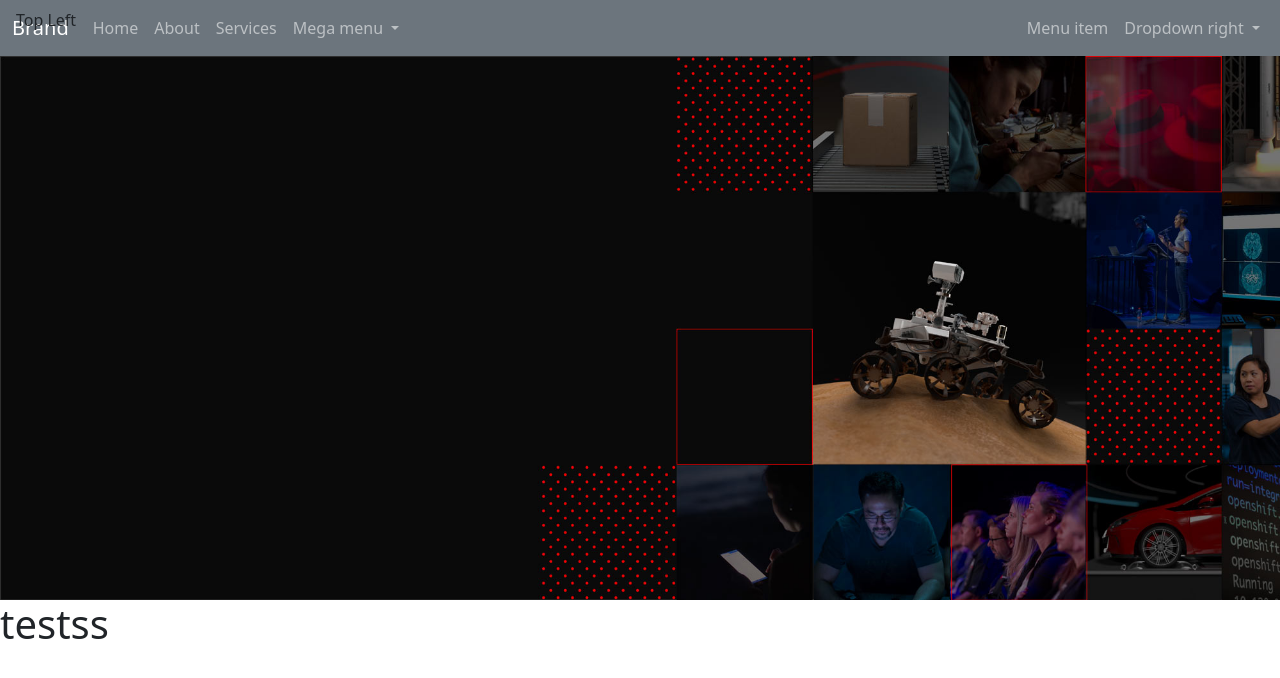
Repository: WaiMaungMaung/Mgr-site
Page: http://localhost/
The author's editor kept a copy of each file at every save. The page is drawn from the files as they stood at one save, then again after the next save.
The browser window is 1280 px wide. The pictures show the whole page.
The page is served by the project's Laravel application, run on PHP 8.4 with Laravel 9. Other server files are loaded and not shown.

Above is the page before, as saved 2022-04-06 10:41:42.

### resources/views/welcome.blade.php
@extends('layouts.app')
<div id="container">
    <nav class="navbar navbar-expand-lg navbar-dark bg-secondary ">
        <div class="container-fluid">
            <a class="navbar-brand" href="#">Brand</a>
            <button class="navbar-toggler" type="button" data-bs-toggle="collapse" data-bs-target="#main_nav">
                <span class="navbar-toggler-icon"></span>
            </button>
            <div class="collapse navbar-collapse" id="main_nav">
                <ul class="navbar-nav">
                    <li class="nav-item active"> <a class="nav-link" href="#">Home </a> </li>
                    <li class="nav-item"><a class="nav-link" href="#"> About </a></li>
                    <li class="nav-item"><a class="nav-link" href="#"> Services </a></li>
                    <li class="nav-item dropdown has-megamenu">
                        <a class="nav-link dropdown-toggle" href="#" data-bs-toggle="dropdown"> Mega menu </a>
                        <div class="dropdown-menu megamenu" role="menu">
                            This is content of megamenu. <br>
                            Lorem ipsum dolor sit amet, consectetur adipisicing elit, sed do eiusmod
                            tempor incididunt ut labore et dolore magna aliqua. Ut enim ad minim veniam,
                            quis nostrud exercitation ullamco laboris nisi ut aliquip ex ea commodo
                            consequat.
                        </div> <!-- dropdown-mega-menu.// -->
                    </li>
                </ul>
                <ul class="navbar-nav ms-auto">
                    <li class="nav-item"><a class="nav-link" href="#"> Menu item </a></li>
                    <li class="nav-item dropdown">
                        <a class="nav-link  dropdown-toggle" href="#" data-bs-toggle="dropdown"> Dropdown right </a>
                        <ul class="dropdown-menu dropdown-menu-end">
                            <li><a class="dropdown-item" href="#"> Submenu item 1</a></li>
                            <li><a class="dropdown-item" href="#"> Submenu item 2 </a></li>
                        </ul>
                    </li>
                </ul>
            </div> <!-- navbar-collapse.// -->
        </div> <!-- container-fluid.// -->
    </nav>

    <div id="container img-container">
        <img src="{{ url('/img/bg.jpg') }}" class="img-fluid" alt="">
        <div class="top-left">Top Left</div>

    </div>
</div>

### resources/views/layouts/app.blade.php
<!doctype html>
<html lang="en">

<head>
    <!-- Required meta tags -->
    <meta charset="utf-8">
    <meta name="viewport" content="width=device-width, initial-scale=1">

    <!-- Bootstrap CSS -->


    <link href="https://cdn.jsdelivr.net/npm/bootstrap@5.1.3/dist/css/bootstrap.min.css" rel="stylesheet"
        integrity="sha384-1BmE4kWBq78iYhFldvKuhfTAU6auU8tT94WrHftjDbrCEXSU1oBoqyl2QvZ6jIW3" crossorigin="anonymous">

    <title>Hello, world!</title>
    <style type="text/css">
        .img-container {
            position: relative;
            text-align: center;
            color: white;
        }

        .top-left {
            position: absolute;
            top: 8px;
            left: 16px;
        }

        .navbar .megamenu {
            padding: 1rem;
        }

        /* ============ desktop view ============ */
        @media all and (min-width: 992px) {

            .navbar .has-megamenu {
                position: static !important;
            }

            .navbar .megamenu {
                left: 0;
                right: 0;
                width: 100%;
                margin-top: 0;
            }

        }

        /* ============ desktop view .end// ============ */

        /* ============ mobile view ============ */
        @media(max-width: 991px) {

            .navbar.fixed-top .navbar-collapse,
            .navbar.sticky-top .navbar-collapse {
                overflow-y: auto;
                max-height: 90vh;
                margin-top: 10px;
            }
        }

    </style>
</head>

<body>
    <h1>testss</h1>
    <!-- Optional JavaScript; choose one of the two! -->

    <!-- Option 1: Bootstrap Bundle with Popper -->
    <script src="https://cdn.jsdelivr.net/npm/bootstrap@5.1.3/dist/js/bootstrap.bundle.min.js"
        integrity="sha384-ka7Sk0Gln4gmtz2MlQnikT1wXgYsOg+OMhuP+IlRH9sENBO0LRn5q+8nbTov4+1p" crossorigin="anonymous">
    </script>

    <!-- Option 2: Separate Popper and Bootstrap JS -->
    <!--
    <script src="https://cdn.jsdelivr.net/npm/@popperjs/core@2.10.2/dist/umd/popper.min.js"
        integrity="sha384-7+zCNj/IqJ95wo16oMtfsKbZ9ccEh31eOz1HGyDuCQ6wgnyJNSYdrPa03rtR1zdB" crossorigin="anonymous">
    </script>
    <script src="https://cdn.jsdelivr.net/npm/bootstrap@5.1.3/dist/js/bootstrap.min.js"
        integrity="sha384-QJHtvGhmr9XOIpI6YVutG+2QOK9T+ZnN4kzFN1RtK3zEFEIsxhlmWl5/YESvpZ13" crossorigin="anonymous">
    </script>
    -->
    @yield('content')
</body>

</html>

Loaded but not shown: routes/web.php (common file)

After the next save:
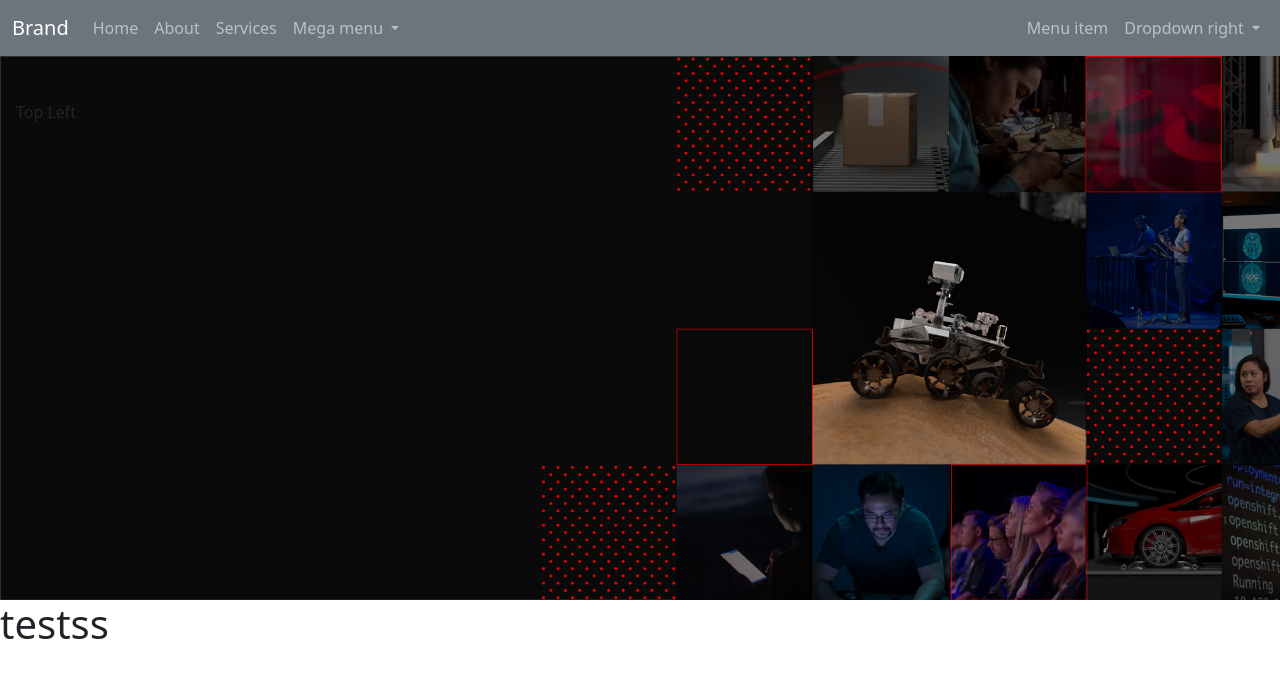
Saved 57 s later.
--- a/resources/views/layouts/app.blade.php
+++ b/resources/views/layouts/app.blade.php
@@ -22,7 +22,7 @@
 
         .top-left {
             position: absolute;
-            top: 8px;
+            top: 100px;
             left: 16px;
         }
 
